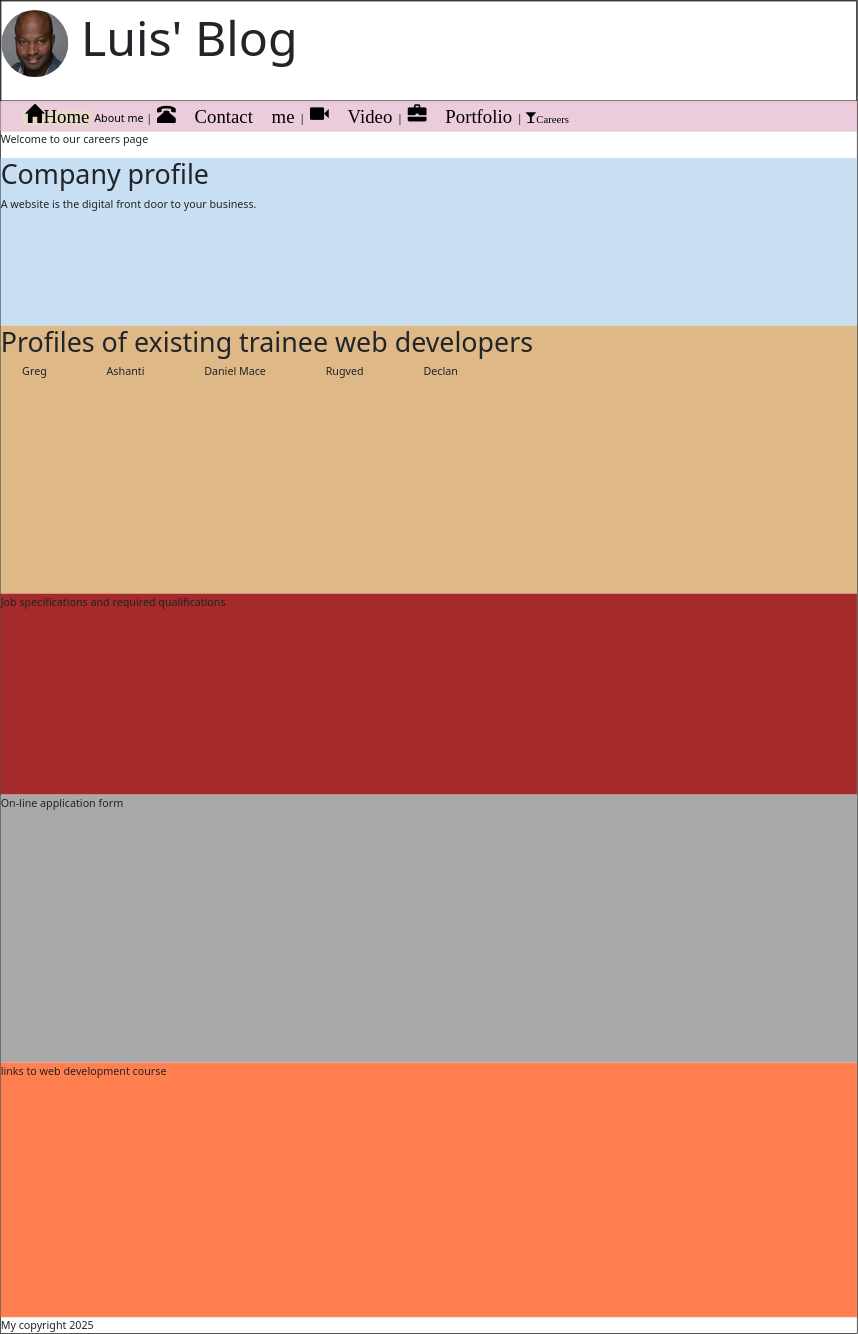
Repository: wduluis/wduluis.github.io
Page: careers.html
An editor plug-in stored every save of this project. The page is shown before and after the next save, followed by the edit.
The browser window is 1280 px wide. The pictures show the whole page, at 67% of full size.

Above is the page before, as saved 2025-05-09 12:06:52.

After the next save:
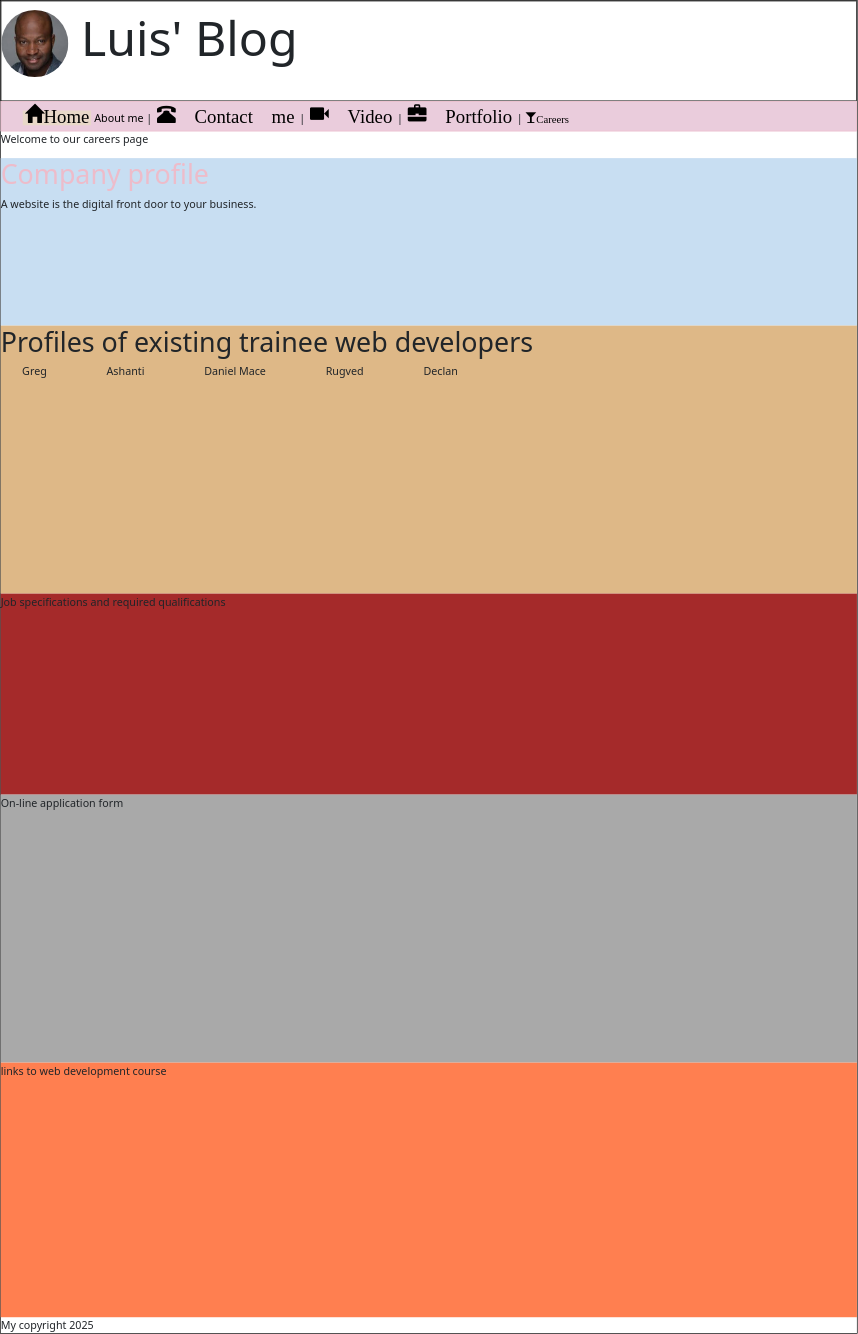
Saved 98 s later.
--- a/mycss/myblog.css
+++ b/mycss/myblog.css
@@ -132,3 +132,7 @@ border: 1px solid #000;
     display: inline;
     margin-right: 85px;
 }
+
+.company_profile h1 {
+    color: #edbcca;
+}
